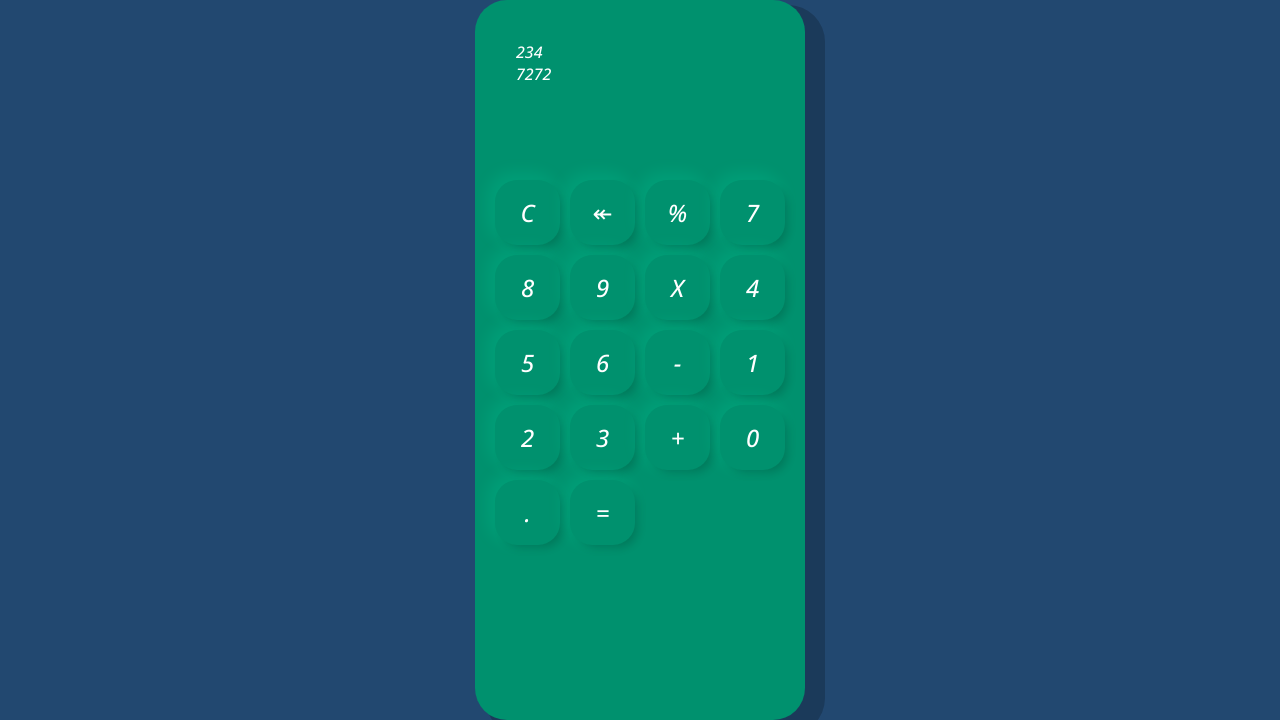
Repository: jhonenmanuel1/javaScript-calculator
Page: src/index.html
These files come from the project's save history. The page is drawn as it stood at one moment and after the next save; the edit follows.
The browser window is 1280 px wide. The pictures show the whole page.

Above is the page before, as saved 2022-08-02 23:38:47.

### src/index.html
<!DOCTYPE html>
<html lang="en">
  <head>
    <meta charset="UTF-8" />
    <meta http-equiv="X-UA-Compatible" content="IE=edge" />
    <meta name="viewport" content="width=device-width, initial-scale=1.0" />
    <title>JavaScript Calculator</title>
    <link href="https://fonts.googleapis.com/css2?family=Open+Sans:ital,wght@1,500&display=swap" rel="stylesheet">
    <link href="styles.css" rel="stylesheet"/>
  </head>
  <body>
    <div class="container">
      <div class="calculator">
        <div class="display">
          <div id="last-value">234</div>
          <div id="actual-value">7272</div>
        </div>
        <button class="col-2"> C</button>
        <button>&Larr;</button>
        <button class="number">%</button>
        <button class="number">7</button>
        <button class="number">8</button>
        <button class="number">9</button>
        <button class="operator" >X</button>
        <button class="number">4</button>
        <button class="number">5</button>
        <button class="number">6</button>
        <button class="operator">-</button>
        <button class="number">1</button>
        <button class="number">2</button>
        <button class="number">3</button>
        <button class="operator">+</button>
        <button class=" col-2 number">0</button>
        <button class="number">.</button>
        <button class="operator">=</button>
      </div>
    </div>
  </body>
</html>

### src/styles.css
* {
    font-family: 'Open Sans', sans-serif;
    color: #fff;
}
body{
    margin: 0;
    background-color: #224870;
}
.container{
    display: flex;
    justify-content: center;
    height: 100vh;

}
.calculator{
    display: grid;
    grid-template-columns: repeat(4, 75px);
    grid-template-rows: 160px repeat(5, 75px);
    background-color: #00916e;
    padding: 15px;
    border-radius: 32px;
    box-shadow: 15px  10px 0px 5px #00000033;

}
button{
    cursor: pointer;
    margin: 5px;
    padding: 0;
    border-radius: 22px;
    font-size: 1.5em;
    background-color: #00916e ;
    border: none;
    box-shadow: 5px 5px 10px -3px  #00000033, -5px -5px 15px 3px #00ffc11f ;

}
button:active{
    background-color: #006f54;
}
.display{
    grid-column: 1 / -1 ;
    padding: 16px;
    display: flex;
    margin: 10px 10px 20px;
    flex-direction: column;
}

After the next save:
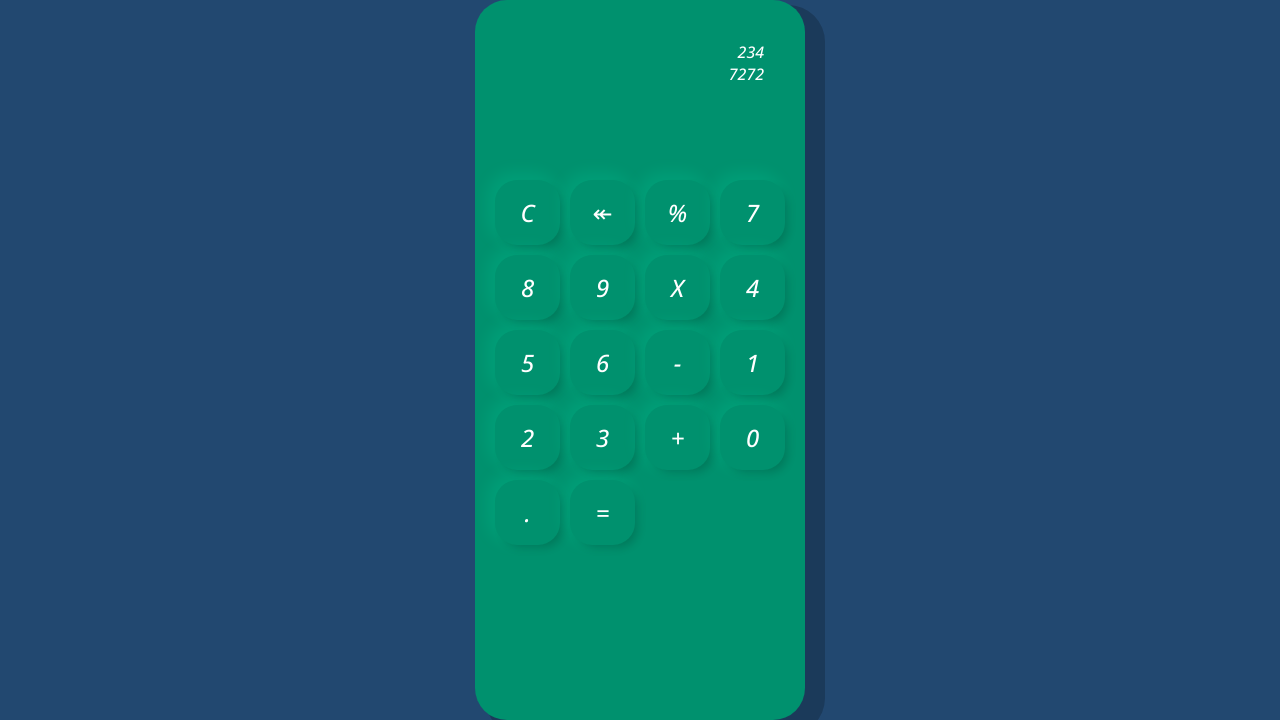
Saved 25 s later.
--- a/src/styles.css
+++ b/src/styles.css
@@ -42,4 +42,5 @@ button:active{
     display: flex;
     margin: 10px 10px 20px;
     flex-direction: column;
+    align-items: flex-end ;
 }
